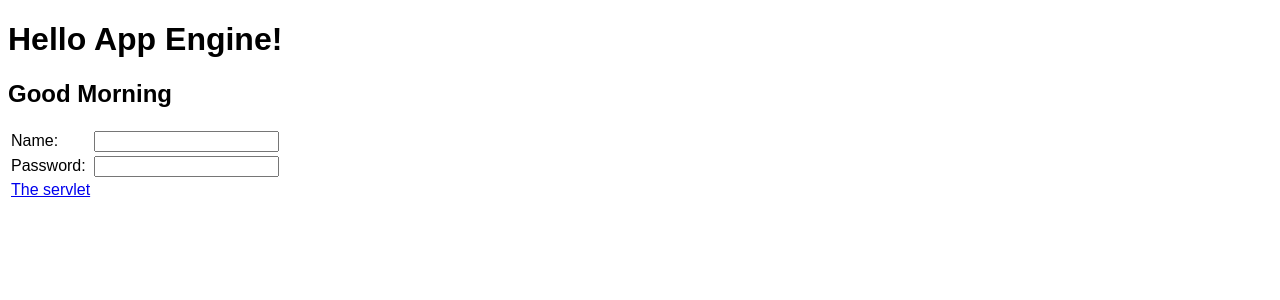
Repository: kedards25/AppEngineDemos
Page: HelloAppEngine/src/main/webapp/index.html
An editor plug-in stored every save of this project. The page is shown before and after the next save, followed by the edit.
The browser window is 1280 px wide. The pictures show the whole page.

Above is the page before, as saved 2020-11-20 03:22:26.

### HelloAppEngine/src/main/webapp/index.html
<!DOCTYPE html>
<html xmlns="http://www.w3.org/1999/xhtml" lang="en">
  <head>
    <meta http-equiv="content-type" content="application/xhtml+xml; charset=UTF-8" />
    <title>Hello App Engine</title>
  </head>

  <body style="font-family: sans-serif;">
    <h1>Hello App Engine!</h1>
	<h2>Good Morning</h2>
    <table>
      <tr>
        <td>Name:</td>
        <td><input type="text" name="usernm"> </td>
      </tr>
      <tr>
        <td>Password:</td>
        <td><input type="password" name="userpass"> </td>
      </tr>
      <tr>
        <td><a href='/hello'>The servlet</a></td>
      </tr>
    </table>
  </body>
</html>

After the next save:
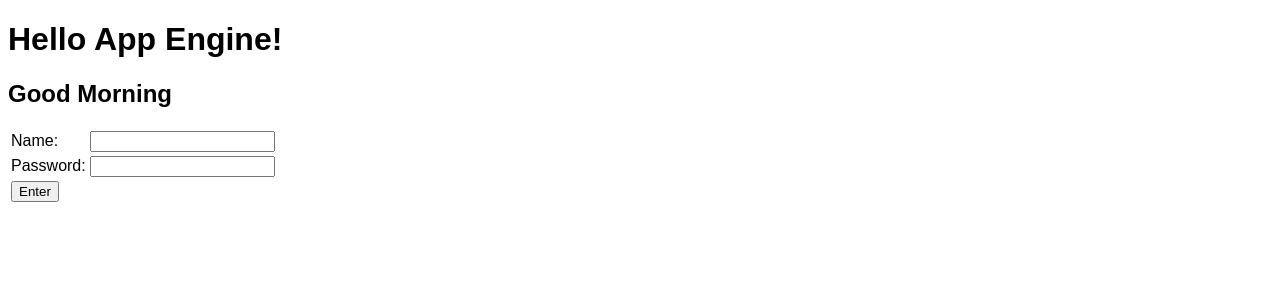
Saved 37 s later.
--- a/HelloAppEngine/src/main/webapp/index.html
+++ b/HelloAppEngine/src/main/webapp/index.html
@@ -18,7 +18,7 @@
         <td><input type="password" name="userpass"> </td>
       </tr>
       <tr>
-        <td><a href='/hello'>The servlet</a></td>
+        <td><input type="submit" value="Enter"> </td>
       </tr>
     </table>
   </body>
